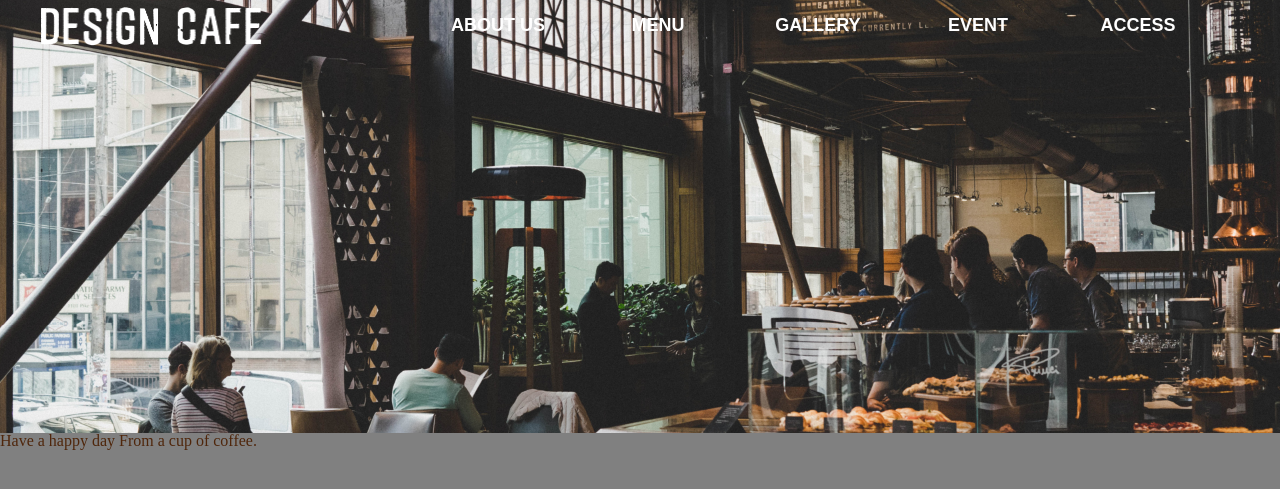
Repository: sonoyama01/dezasuta
Page: 第4回課題/index.html
These files come from the project's save history. The page is drawn as it stood at one moment and after the next save; the edit follows.
The browser window is 1280 px wide. The pictures show the whole page.

Above is the page before, as saved 2024-05-02 01:33:21.

After the next save:
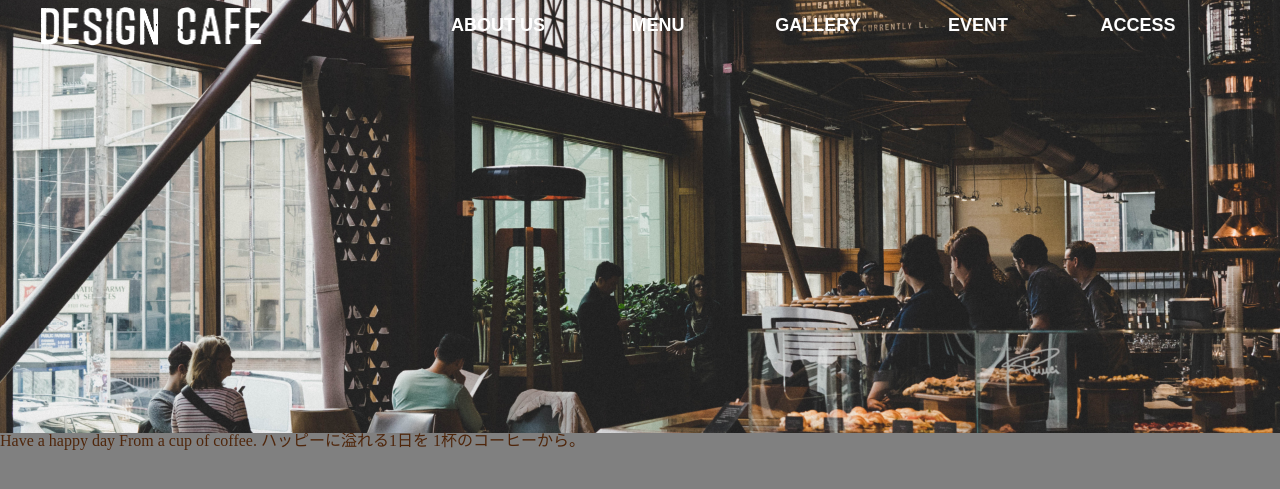
Saved 3 min 4 s later.
--- a/第4回課題/index.html
+++ b/第4回課題/index.html
@@ -31,7 +31,9 @@
         </div>
     </header>
     <div class="catch_copy">
-        <p class="catch_copy"><span>Have a happy day From a cup of coffee.</span></p><!-- /.catch_copy -->
+        <p class="catch_copy"><span>Have a happy day From a cup of coffee.</span>
+            ハッピーに溢れる1日を
+            1杯のコーヒーから。</p><!-- /.catch_copy -->
     </div><!-- /.catch_copy -->
 
 
